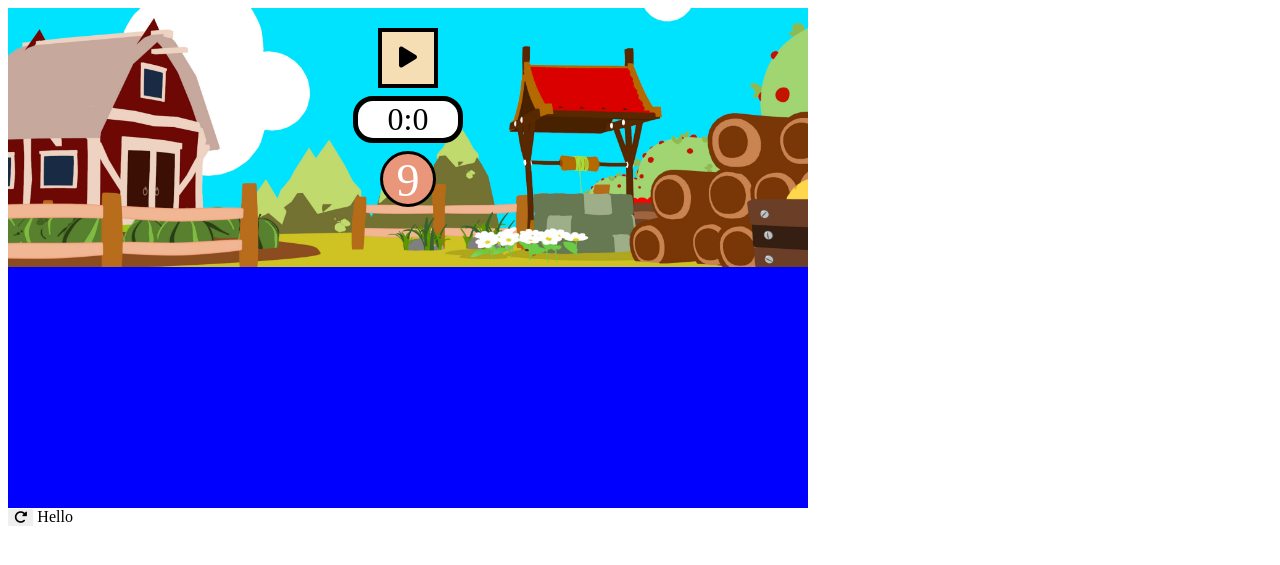
Repository: yoon-dh/JS_Prac
Page: carrot_game/index.html
An editor plug-in stored every save of this project. The page is shown before and after the next save, followed by the edit.
The browser window is 1280 px wide. The pictures show the whole page.
Some web libraries are served in a nearby version.

Above is the page before, as saved 2023-06-23 21:50:55.

### carrot_game/index.html
<!DOCTYPE html>
<html lang="en">
  <head>
    <meta charset="UTF-8" />
    <meta http-equiv="X-UA-Compatible" content="IE=edge" />
    <meta name="viewport" content="width=device-width, initial-scale=1.0" />
    <link rel="stylesheet" href="style.css" />
    <script src="main.js"></script>
    <script
      src="https://kit.fontawesome.com/c0bdee06fd.js"
      crossorigin="anonymous"
    ></script>
    <link
      href="https://cdnjs.cloudflare.com/ajax/libs/font-awesome/6.4.0/css/all.min.css"
      rel="stylesheet"
    />
    <title>Carrot Game</title>
  </head>
  <body>
    <section class="game">
      <header class="game__header">
        <button class="game__button">
          <i class="fa-solid fa-play"></i>
        </button>
        <span class="game__tiemr">0:0</span>
        <span class="game__score">9</span>
      </header>
      <section class="game__field"></section>
    </section>
    <section class="pop-up">
      <button class="pop-up__refresh">
        <i class="fas fa-regular fa-rotate-right"></i>
      </button>
      <span class="pop-up__message">Hello</span>
    </section>
  </body>
</html>

### carrot_game/style.css
button {
  border: none;
  outline: none;
  cursor: pointer;
}

.game {
  width: 800px;
  height: 500px;
  background: url(img/background.png) center/cover;
  display: flex;
  flex-direction: column;
}

.game__header {
  display: flex;
  flex-direction: column;
  padding: 20px;
  align-items: center;
}

.game__button {
  width: 60px;
  height: 60px;
  background-color: wheat;
  border: 4px solid black;
  font-size: 24px;
  transition: transform 300ms ease-in;
}

.game__button:hover {
  transform: scale(1.1);
}

.game__tiemr {
  width: 100px;
  background-color: white;
  text-align: center;
  border: 5px solid black;
  font-size: 32px;
  margin-top: 8px;
  border-radius: 20px;
}

.game__score {
  width: 50px;
  height: 50px;
  margin-top: 8px;
  font-size: 46px;
  background-color: darksalmon;
  color: white;
  border-radius: 50%;
  border: 3px solid black;
  text-align: center;
}

.game__field {
  width: 100%;
  height: 100%;
  background-color: blue;
  margin-top: 40px;
}

Loaded but not shown: carrot_game/main.js (no stored copy; drawn as an empty file)

After the next save:
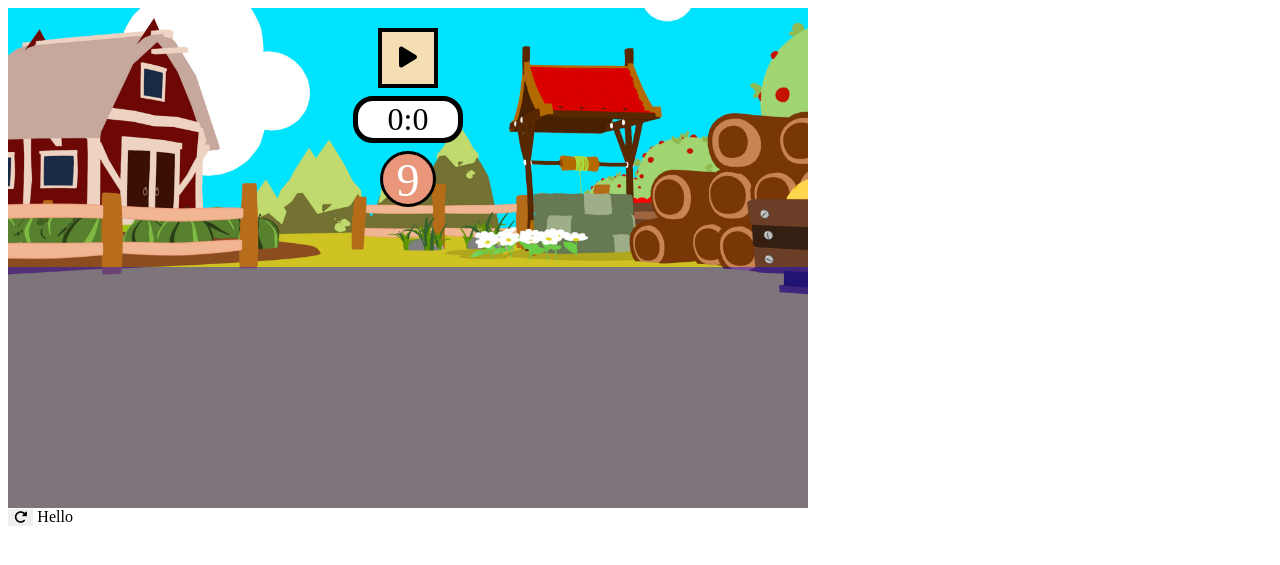
Saved 11 s later.
--- a/carrot_game/style.css
+++ b/carrot_game/style.css
@@ -59,4 +59,5 @@ button {
   height: 100%;
   background-color: blue;
   margin-top: 40px;
+  opacity: 0.4;
 }
